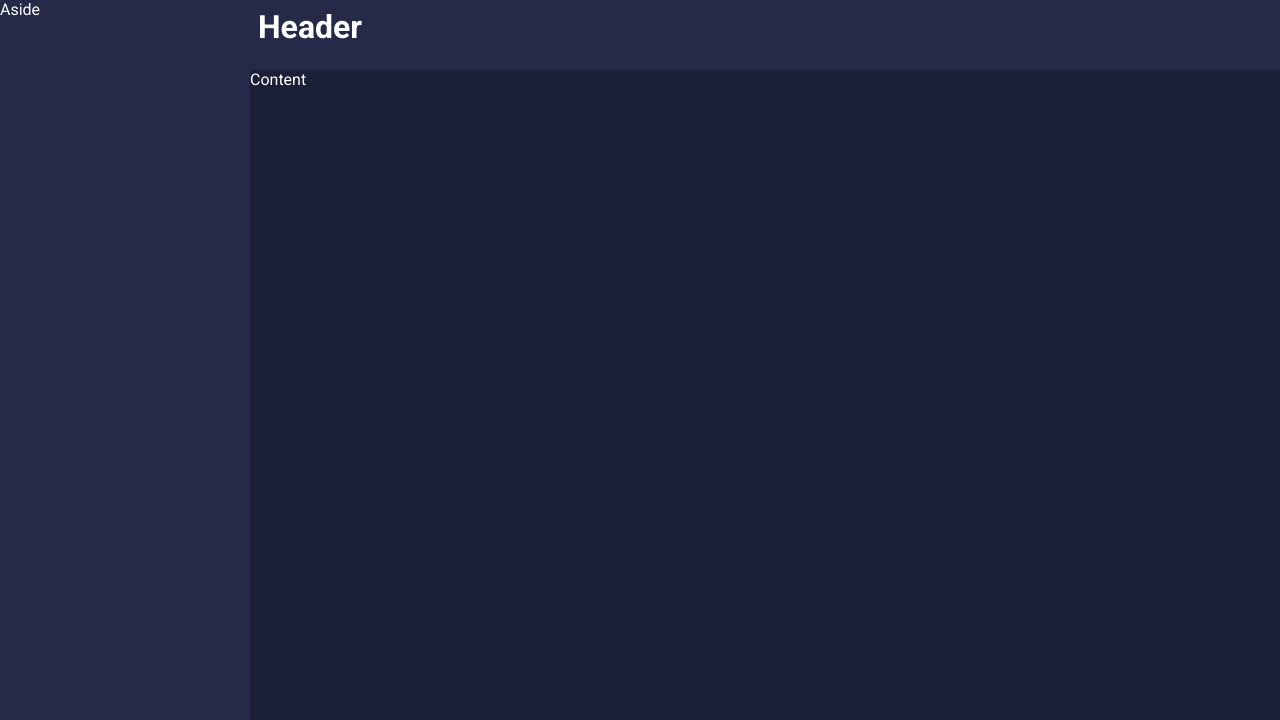
Repository: XFERRER7/dashboard
Page: /
These files come from the project's save history. The page is drawn as it stood at one moment and after the next save; the edit follows.
The browser window is 1280 px wide. The pictures show the whole page.
The project was rebuilt for these pictures with package versions that can differ from the ones it lists, and the page was loaded fresh each time. Also part of the build but not shown: vite.config.ts.

Above is the page before, as saved 2022-07-07 15:44:55.

### index.html
<!DOCTYPE html>
<html lang="pt-br">

<head>
  <meta charset="UTF-8" />
  <meta name="viewport" content="width=device-width, initial-scale=1.0" />
  <link rel="shortcut icon" href="src/assets/Logo.svg" type="image/x-icon">
  <link rel="preconnect" href="https://fonts.googleapis.com">
  <link rel="preconnect" href="https://fonts.gstatic.com" crossorigin>
  <link href="https://fonts.googleapis.com/css2?family=Roboto:wght@400;500;700&display=swap" rel="stylesheet">
  <title>Dashboard</title>
</head>

<body>
  <div id="root"></div>
  <script type="module" src="/src/main.tsx"></script>
</body>

</html>

### src/main.tsx
import React from 'react'
import ReactDOM from 'react-dom/client'
import {App} from './App'

ReactDOM.createRoot(document.getElementById('root')!).render(
  <React.StrictMode>
    <App />
  </React.StrictMode>
)

### src/App.tsx
import Global from "./styles/Global"
import { Layout } from './components/Layout'
import { ThemeProvider } from 'styled-components'
import dark from './styles/Themes/dark'
import light from './styles/Themes/light'

export const App = () => {
  return (
    <div>
      <ThemeProvider theme={dark}>
        <Global />
        <Layout />
      </ThemeProvider>
    </div>
  )
}

### src/styles/Global.ts
import { createGlobalStyle } from 'styled-components'

export default createGlobalStyle`

  * {
    margin: 0;
    padding: 0;
    box-sizing: border-box;
  }

  html, body, #root {
    height: 100%;
  }

  *, button, input {
    border: 0;
    outline: 0;
    font-family: 'Roboto', sans-serif;
  }

  button {
    cursor: pointer;
  }

`;

### src/components/Layout/index.tsx
import {Container} from './Styles'
import { MainHeader} from '../MainHeader'
import { Content} from '../Content'
import { Aside} from '../Aside'

export const Layout = () => {
  return (
    <Container>
      <MainHeader/>
      <Aside/>
      <Content/>
    </Container>
  )
}

### src/styles/Themes/dark.ts
export default {
  title: 'dark',

  colors: {
    primary: '#1B1F38',
    secondary: '#252A48',
    tertiary: '##313862',

    white: '#fff',
    black: '#000',
    gray: '#dfdfdf',

    sucess: '#4E41F0',
    info: '#F7931B',
    warnig: '#E44C4E'


  }
}

### src/components/Layout/Styles.ts
import styled from "styled-components"

export const Container = styled.div`
  display: grid;
  grid-template-columns: 250px auto;
  grid-template-rows: 70px auto;

  grid-template-areas:
  'AS MH'
  'AS CT';
  height: 100vh;

`

### src/components/MainHeader/index.tsx
import {
  Container,
  Profile,
  UserName
}
  from './Styles'


export const MainHeader = () => {
  return (
    <Container>
      <h1>Header</h1>

      <Profile>

        <UserName></UserName>

      </Profile>
    </Container>
  )
}

### src/components/Content/index.tsx
import {Container} from './Styles'


export const Content = () => {
  return (
    <Container>
      <div>Content</div>

    </Container>
  )
}

### src/components/Aside/index.tsx
import {Container} from './Styles'


export const Aside = () => {
  return (
    <Container>
      <div>Aside</div>

    </Container>
  )
}

### src/components/MainHeader/Styles.ts
import styled from "styled-components"

export const Container = styled.div`
  grid-area: MH;
  color: ${props => props.theme.colors.white};
  background-color: ${props => props.theme.colors.secondary};
  display: flex;
  justify-content: space-between;
  padding: 8px;
`

export const Profile = styled.div`
  background-color: red;
`

export const UserName = styled.div`

`

### src/components/Content/Styles.ts
import styled from "styled-components"

export const Container = styled.div`
  grid-area: CT;
  color: ${props => props.theme.colors.white};
  background-color: ${props => props.theme.colors.primary};
`

### src/components/Aside/Styles.ts
import styled from "styled-components"

export const Container = styled.div`
  grid-area: AS;
  color: ${props => props.theme.colors.white};
  background-color: ${props => props.theme.colors.secondary};
`

After the next save:
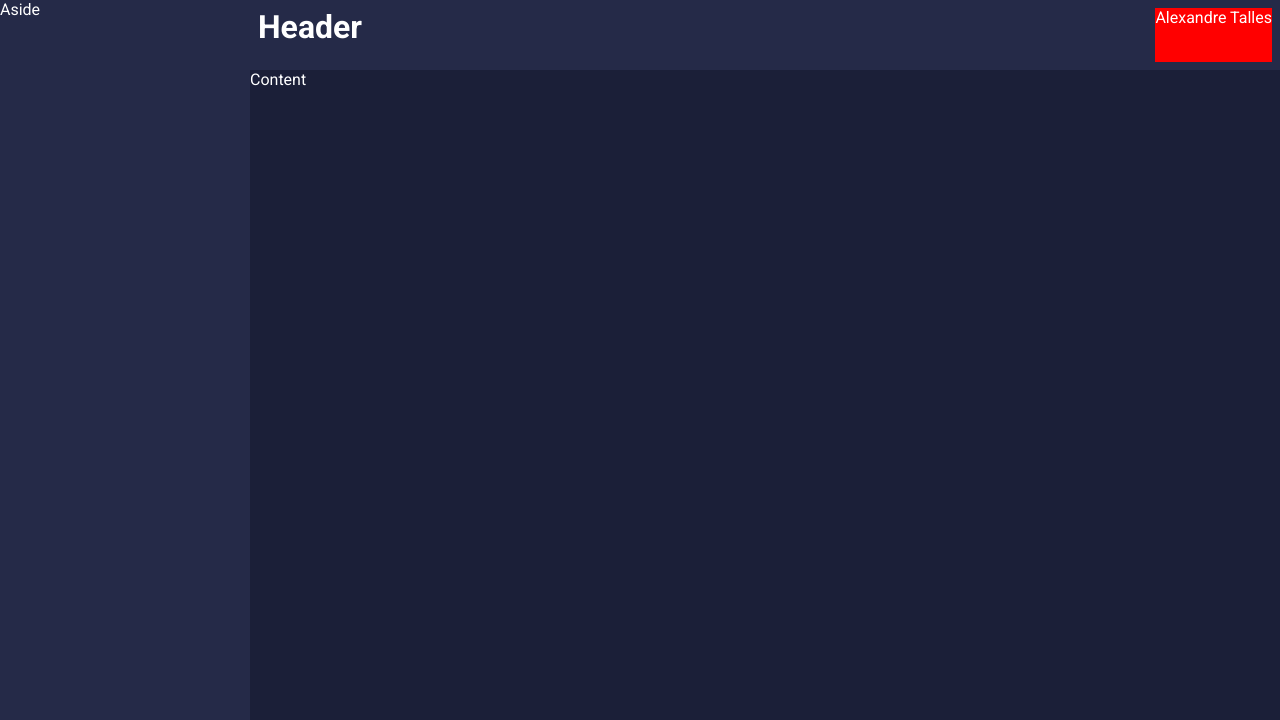
Saved 4 s later.
--- a/src/components/MainHeader/index.tsx
+++ b/src/components/MainHeader/index.tsx
@@ -13,7 +13,7 @@ export const MainHeader = () => {
 
       <Profile>
 
-        <UserName></UserName>
+        <UserName>Alexandre Talles</UserName>
 
       </Profile>
     </Container>
